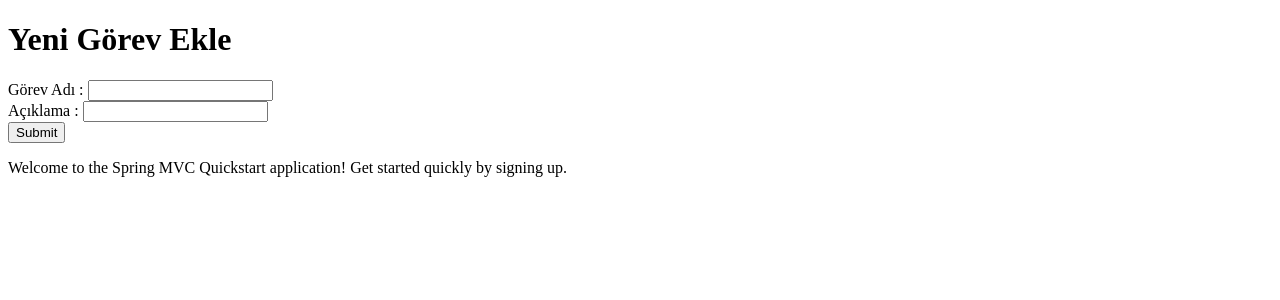
Repository: muratballikaya/todolist
Page: http://localhost/addTask
The author's editor kept a copy of each file at every save. The page is drawn from the files as they stood at one save, then again after a run of saves.
The browser window is 1280 px wide. The pictures show the whole page.
The page is this project's Thymeleaf template; nobody is signed in. The template is opened directly, without the code that normally fills it, so the values that code supplies are empty.

Above is the page before, as saved 2016-11-12 22:19:53.

After the next 2 saves:
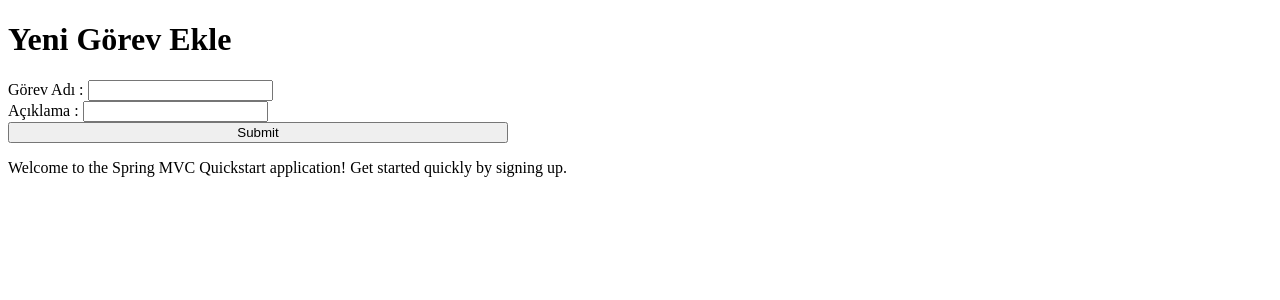
The 2 saves are shown as one change because they came seconds apart.
The last was saved 17 s later.
--- a/ToDoListPresentation/src/main/resources/templates/addTask.html
+++ b/ToDoListPresentation/src/main/resources/templates/addTask.html
@@ -17,7 +17,7 @@
 					Açıklama : <input
 						type="text" th:field="*{description}" />
 						 <br />
-						  <input
+						  <input style="width : 500px"
 						type="submit" class="btn btn-large btn-success"> </input>
 
 				</form>
